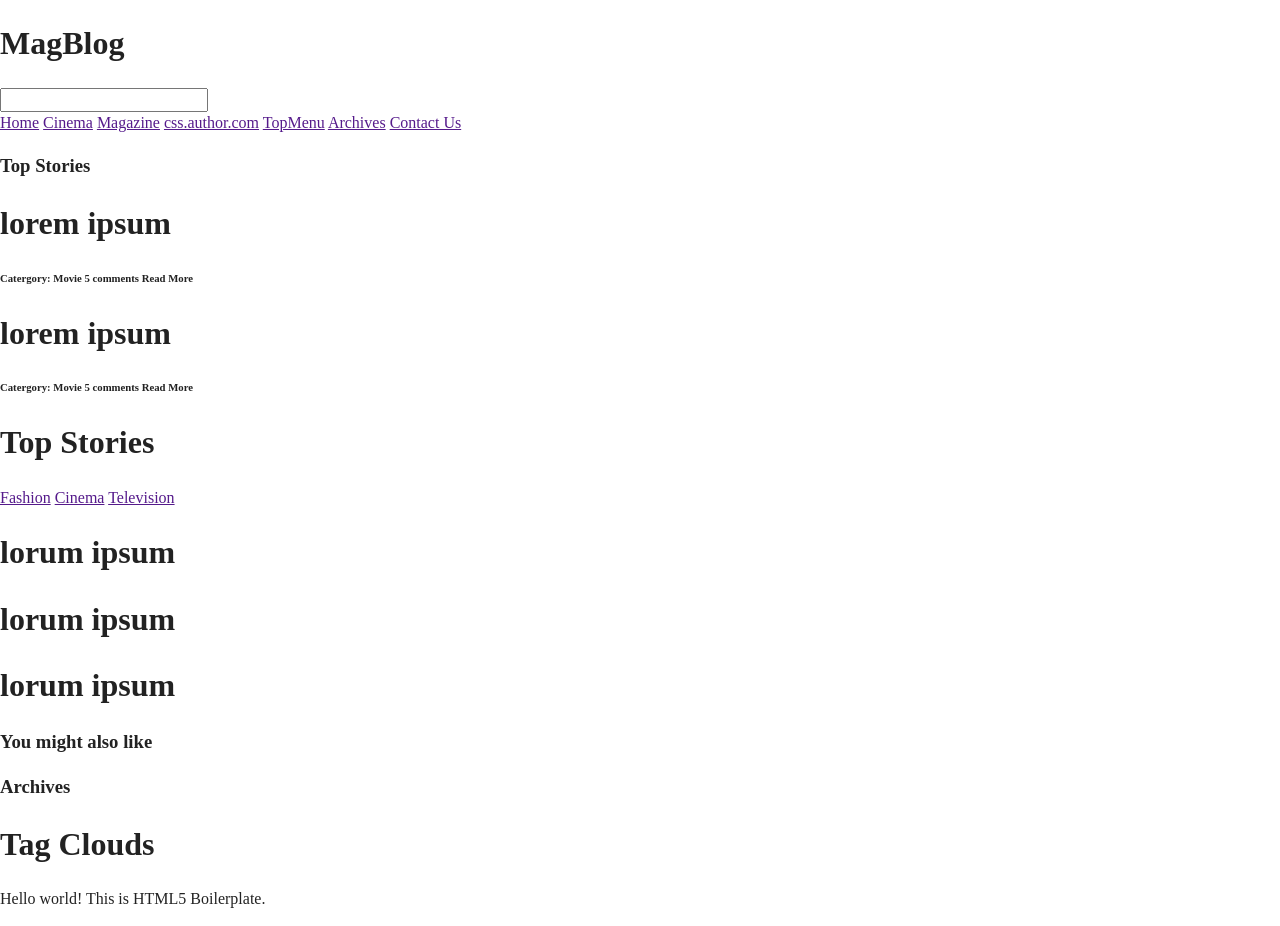
Repository: bguemos/project1lab3
Page: index.html
These files come from the project's save history. The page is drawn as it stood at one moment and after the next save; the edit follows.
The browser window is 1280 px wide. The pictures show the whole page.

Above is the page before, as saved 2023-01-20 13:50:07.

### index.html
<!doctype html>
<html class="no-js" lang="en">

<head>
  <meta charset="utf-8">
  <title> My bodacious blog</title>
  <meta name="description" content="A lab exercise">
  <meta name="viewport" content="width=device-width, initial-scale=1">

  <meta property="og:title" content="">
  <meta property="og:type" content="">
  <meta property="og:url" content="">
  <meta property="og:image" content="">

  <link rel="manifest" href="site.webmanifest">
  <link rel="apple-touch-icon" href="icon.png">
  <!-- Place favicon.ico in the root directory -->

  <link rel="stylesheet" href="css/normalize.css">
  <link rel="stylesheet" href="css/main.css">

  <meta name="theme-color" content="#fafafa">
</head>

<body>
  <div class="maincontent">
  <div class="mainpageheader">
    <h1>MagBlog</h1>
  <input class="headersearchbar">
  <div class="socialmedialinks"></div>
</div>
<div class="navigationlinks">
  <a href> Home</a>
  <a href> Cinema</a>
  <a href> Magazine</a>
  <a href> css.author.com</a>
  <a href>TopMenu</a>
  <a href> Archives</a>
  <a href> Contact Us</a>

</div>

    <div class="topstories">
      <h3>Top Stories</h3>
    </div>
    <div class="avatar">
    <h1> lorem ipsum</h1>

    <h6> Catergory: Movie  5 comments Read More</h6>
    </div>
    <div class="avatar2">
    <h1> lorem ipsum</h1>

    <h6> Catergory: Movie  5 comments Read More</h6>

    </div>
    <div class="topstorysidebar">
      <div class="sidebar1">
      <h1>Top Stories</h1>
      <a href>Fashion</a>
      <a href>Cinema</a>
      <a href>Television</a>
      <h1>lorum ipsum</h1>

      <h1>lorum ipsum</h1>

    <h1>lorum ipsum</h1>
    </div>
     <div class="sidebar2">
     <h3>You might also like</h3>
    </div>
    <div class="sidebar3">
    <h3>Archives</h3>
    </div>
    <div class="sidebar4">
    <h1>Tag Clouds</h1>
    </div>
   </div>

 <div class="aftermaincontent">
  <div class="slogan">
    <h1></h1>
  </div>
  <div class="tickets">

  </div>
  <div class="contactus">

  </div>
</div>
 <div class="mainpagefooter">
  <h1></h1>
  <h1></h1>
  <h1></h1>
  <h1></h1>
  <div class="socialmediahandles"></div>

 </div>
</div>
  <!-- Add your site or application content here -->
  <p>Hello world! This is HTML5 Boilerplate.</p>
  <script src="js/vendor/modernizr-3.11.2.min.js"></script>
  <script src="js/plugins.js"></script>
  <script src="js/main.js"></script>

  <!-- Google Analytics: change UA-XXXXX-Y to be your site's ID. -->
  <script>
    window.ga = function () { ga.q.push(arguments) }; ga.q = []; ga.l = +new Date;
    ga('create', 'UA-XXXXX-Y', 'auto'); ga('set', 'anonymizeIp', true); ga('set', 'transport', 'beacon'); ga('send', 'pageview')
  </script>
  <script src="https://www.google-analytics.com/analytics.js" async></script>
</body>

</html>

### css/main.css
/*! HTML5 Boilerplate v8.0.0 | MIT License | https://html5boilerplate.com/ */

/* main.css 2.1.0 | MIT License | https://github.com/h5bp/main.css#readme */
/*
 * What follows is the result of much research on cross-browser styling.
 * Credit left inline and big thanks to Nicolas Gallagher, Jonathan Neal,
 * Kroc Camen, and the H5BP dev community and team.
 */

/* ==========================================================================
   Base styles: opinionated defaults
   ========================================================================== */

html {
  color: #222;
  font-size: 1em;
  line-height: 1.4;
}

/*
 * Remove text-shadow in selection highlight:
 * https://twitter.com/miketaylr/status/12228805301
 *
 * Vendor-prefixed and regular ::selection selectors cannot be combined:
 * https://stackoverflow.com/a/16982510/7133471
 *
 * Customize the background color to match your design.
 */

::-moz-selection {
  background: #b3d4fc;
  text-shadow: none;
}

::selection {
  background: #b3d4fc;
  text-shadow: none;
}

/*
 * A better looking default horizontal rule
 */

hr {
  display: block;
  height: 1px;
  border: 0;
  border-top: 1px solid #ccc;
  margin: 1em 0;
  padding: 0;
}

/*
 * Remove the gap between audio, canvas, iframes,
 * images, videos and the bottom of their containers:
 * https://github.com/h5bp/html5-boilerplate/issues/440
 */

audio,
canvas,
iframe,
img,
svg,
video {
  vertical-align: middle;
}

/*
 * Remove default fieldset styles.
 */

fieldset {
  border: 0;
  margin: 0;
  padding: 0;
}

/*
 * Allow only vertical resizing of textareas.
 */

textarea {
  resize: vertical;
}

/* ==========================================================================
   Author's custom styles
   ========================================================================== */

/* ==========================================================================
   Helper classes
   ========================================================================== */

/*
 * Hide visually and from screen readers
 */

.hidden,
[hidden] {
  display: none !important;
}

/*
 * Hide only visually, but have it available for screen readers:
 * https://snook.ca/archives/html_and_css/hiding-content-for-accessibility
 *
 * 1. For long content, line feeds are not interpreted as spaces and small width
 *    causes content to wrap 1 word per line:
 *    https://medium.com/@jessebeach/beware-smushed-off-screen-accessible-text-5952a4c2cbfe
 */

.sr-only {
  border: 0;
  clip: rect(0, 0, 0, 0);
  height: 1px;
  margin: -1px;
  overflow: hidden;
  padding: 0;
  position: absolute;
  white-space: nowrap;
  width: 1px;
  /* 1 */
}

/*
 * Extends the .sr-only class to allow the element
 * to be focusable when navigated to via the keyboard:
 * https://www.drupal.org/node/897638
 */

.sr-only.focusable:active,
.sr-only.focusable:focus {
  clip: auto;
  height: auto;
  margin: 0;
  overflow: visible;
  position: static;
  white-space: inherit;
  width: auto;
}

/*
 * Hide visually and from screen readers, but maintain layout
 */

.invisible {
  visibility: hidden;
}

/*
 * Clearfix: contain floats
 *
 * For modern browsers
 * 1. The space content is one way to avoid an Opera bug when the
 *    `contenteditable` attribute is included anywhere else in the document.
 *    Otherwise it causes space to appear at the top and bottom of elements
 *    that receive the `clearfix` class.
 * 2. The use of `table` rather than `block` is only necessary if using
 *    `:before` to contain the top-margins of child elements.
 */

.clearfix::before,
.clearfix::after {
  content: " ";
  display: table;
}

.clearfix::after {
  clear: both;
}

/* ==========================================================================
   EXAMPLE Media Queries for Responsive Design.
   These examples override the primary ('mobile first') styles.
   Modify as content requires.
   ========================================================================== */

@media only screen and (min-width: 35em) {
  /* Style adjustments for viewports that meet the condition */
}

@media print,
  (-webkit-min-device-pixel-ratio: 1.25),
  (min-resolution: 1.25dppx),
  (min-resolution: 120dpi) {
  /* Style adjustments for high resolution devices */
}

/* ==========================================================================
   Print styles.
   Inlined to avoid the additional HTTP request:
   https://www.phpied.com/delay-loading-your-print-css/
   ========================================================================== */

@media print {
  *,
  *::before,
  *::after {
    background: #fff !important;
    color: #000 !important;
    /* Black prints faster */
    box-shadow: none !important;
    text-shadow: none !important;
  }

  a,
  a:visited {
    text-decoration: underline;
  }

  a[href]::after {
    content: " (" attr(href) ")";
  }

  abbr[title]::after {
    content: " (" attr(title) ")";
  }

  /*
   * Don't show links that are fragment identifiers,
   * or use the `javascript:` pseudo protocol
   */
  a[href^="#"]::after,
  a[href^="javascript:"]::after {
    content: "";
  }

  pre {
    white-space: pre-wrap !important;
  }

  pre,
  blockquote {
    border: 1px solid #999;
    page-break-inside: avoid;
  }

  /*
   * Printing Tables:
   * https://web.archive.org/web/20180815150934/http://css-discuss.incutio.com/wiki/Printing_Tables
   */
  thead {
    display: table-header-group;
  }

  tr,
  img {
    page-break-inside: avoid;
  }

  p,
  h2,
  h3 {
    orphans: 3;
    widows: 3;
  }

  h2,
  h3 {
    page-break-after: avoid;
  }
}

### js/plugins.js
// Avoid `console` errors in browsers that lack a console.
(function() {
  var method;
  var noop = function () {};
  var methods = [
    'assert', 'clear', 'count', 'debug', 'dir', 'dirxml', 'error',
    'exception', 'group', 'groupCollapsed', 'groupEnd', 'info', 'log',
    'markTimeline', 'profile', 'profileEnd', 'table', 'time', 'timeEnd',
    'timeline', 'timelineEnd', 'timeStamp', 'trace', 'warn'
  ];
  var length = methods.length;
  var console = (window.console = window.console || {});

  while (length--) {
    method = methods[length];

    // Only stub undefined methods.
    if (!console[method]) {
      console[method] = noop;
    }
  }
}());

// Place any jQuery/helper plugins in here.

Loaded but not shown: css/normalize.css (library); js/vendor/modernizr-3.11.2.min.js (library); js/main.js (no stored copy; drawn as an empty file)

After the next save:
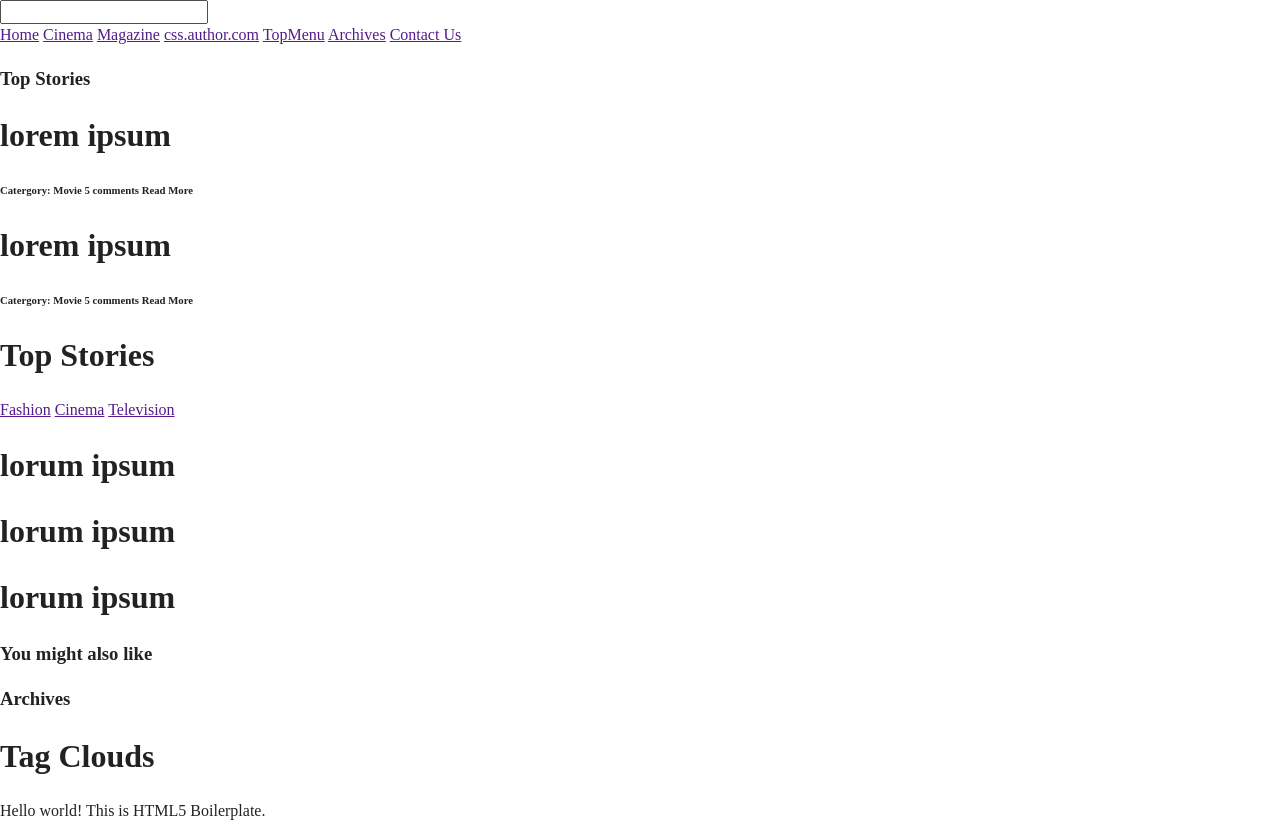
Saved 2 min 53 s later.
--- a/index.html
+++ b/index.html
@@ -25,7 +25,7 @@
 <body>
   <div class="maincontent">
   <div class="mainpageheader">
-    <h1>MagBlog</h1>
+    <div class="logo"></div>
   <input class="headersearchbar">
   <div class="socialmedialinks"></div>
 </div>
